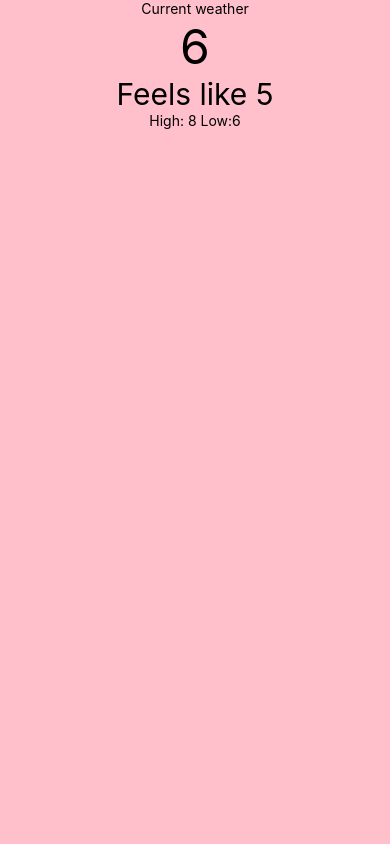
Repository: braduku28/react-weather-app
Screen: / (app in WeatherApp/)
The author's editor kept a copy of each file at every save. The screen is drawn from the files as they stood at one save, then again after the next save.
The app was drawn by React Native's web renderer in a window 390 px wide. The project was rebuilt for these pictures with package versions that can differ from the ones it lists, and the page was loaded fresh each time.

Above is the screen before, as saved 2023-10-10 14:35:47.

After the next save:
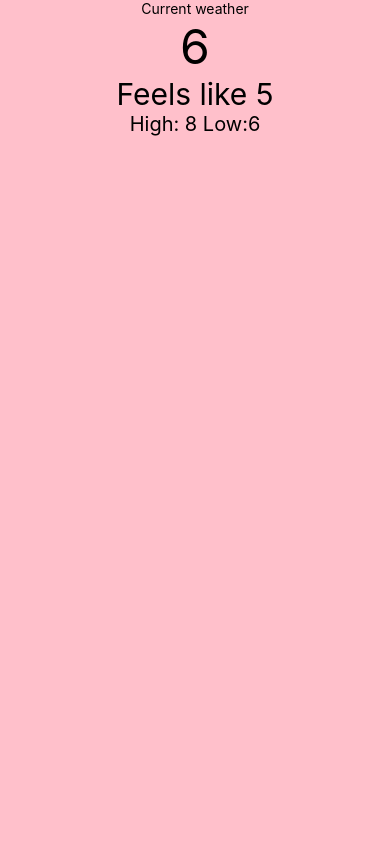
Saved 26 s later.
--- a/WeatherApp/App.tsx
+++ b/WeatherApp/App.tsx
@@ -30,6 +30,10 @@ const styles=StyleSheet.create({
   feels:{
     color:"black",
     fontSize:30
+  },
+  highLow:{
+    color:"black",
+    fontSize:20
   }
 });
 
